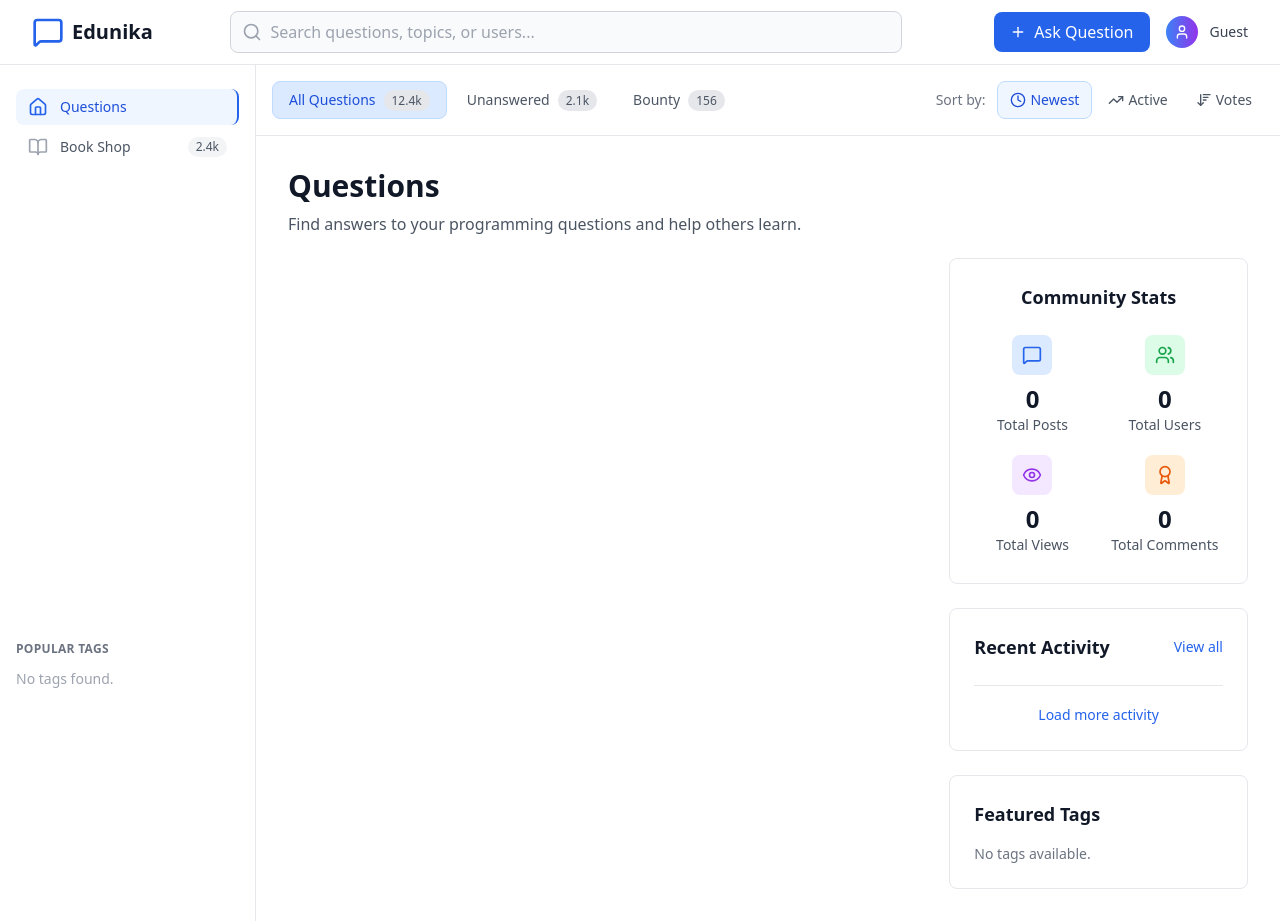
Repository: Ruddro420/forum-front-end
Page: /
An editor plug-in stored every save of this project. The page is shown before and after the next save, followed by the edit.
The browser window is 1280 px wide. The pictures show the whole page.
The page's requests for data from a server got no answer. The project was rebuilt for these pictures with package versions that can differ from the ones it lists, and the page was loaded fresh each time. No one was signed in, and anything a server would have sent is missing. Also part of the build but not shown: vite.config.js, src/Pages/Home.jsx, src/components/Question/QuestionCard.jsx, src/components/Question/AddQuestionSidebar.jsx, src/Pages/AskQuestion.jsx, src/Pages/ShopPage.jsx, src/Pages/QuestionDetail.jsx, src/Pages/ChatInterface.jsx and 6 more.

Above is the page before, as saved 2025-08-07 01:34:59.

### index.html
<!doctype html>
<html lang="en" data-theme="light">
  <head>
    <meta charset="UTF-8" />
    <link rel="icon" type="image/svg+xml" href="/vite.svg" />
    <meta name="viewport" content="width=device-width, initial-scale=1.0" />
    <title>Edunika</title>
  </head>
  <body>
    <div id="root"></div>
    <script type="module" src="/src/main.jsx"></script>
  </body>
</html>

### src/main.jsx
import { StrictMode } from 'react'
import { createRoot } from 'react-dom/client'
import './index.css'
import { createBrowserRouter, RouterProvider } from "react-router";
import MainLayout from './Layouts/MainLayout';
import Home from './Pages/Home';
import ForumPage from './Pages/ForumPage';
import AskQuestion from './Pages/AskQuestion';
import ShopPage from './Pages/ShopPage';
import QuestionDetail from './Pages/QuestionDetail';
import ChatInterface from './Pages/ChatInterface';
import StudentProfile from './Pages/StudentProfile';
import StudentDashboard from './Pages/StudentDashboard';
import Register from './Pages/Register';
import Login from './Pages/Login';
import PrivateRoute from './Auth/PrivateRoute';
import { AuthProvider } from './Auth/context/AuthContext';

const router = createBrowserRouter([
  {
    path: "",
    element: <MainLayout />,
    children: [
      { path: "/", element: <ForumPage /> },
      { path: "/questions", element: <ForumPage /> },
      { path: "/shop", element: <ShopPage /> },
    ]
  },
  {
    path: "",
    element: <PrivateRoute><MainLayout /></PrivateRoute>,
    children: [
      { path: "/ask-question", element: <AskQuestion /> },
      { path: "/question-detail/:id", element: <QuestionDetail /> },
      { path: "/chat/", element: <ChatInterface /> },
      { path: "/profile", element: <StudentProfile /> },
      { path: "/dashboard", element: <StudentDashboard /> },
    ]
  },
  { path: "/register", element: <Register /> },
  { path: "/login", element: <Login /> }
]);

createRoot(document.getElementById('root')).render(
  <StrictMode>
    <AuthProvider>
      <RouterProvider router={router} />
    </AuthProvider>
  </StrictMode>,
)

### src/index.css
@tailwind base;
@tailwind components;
@tailwind utilities;




/* :root {
  font-family: system-ui, Avenir, Helvetica, Arial, sans-serif;
  line-height: 1.5;
  font-weight: 400;

  color-scheme: light dark;
  color: rgba(255, 255, 255, 0.87);
  background-color: #242424;

  font-synthesis: none;
  text-rendering: optimizeLegibility;
  -webkit-font-smoothing: antialiased;
  -moz-osx-font-smoothing: grayscale;
}

@media (prefers-color-scheme: light) {
  :root {
    color: #213547;
    background-color: #ffffff;
  }
  a:hover {
    color: #747bff;
  }
  button {
    background-color: #f9f9f9;
  }
}
 */

### src/Layouts/MainLayout.jsx
import { useState } from "react";
import Header from "./Header";
import { Outlet } from "react-router";
import Sidebar from "./Sidebar";
import { Toaster } from "react-hot-toast";
import ScrollToTop from "../components/ScrollToTop";
import { useAuth } from "../Auth/context/AuthContext";


const MainLayout = () => {
  const [isSidebarOpen, setIsSidebarOpen] = useState(false);
  const { user, logout } = useAuth();

  return (
    <>
      <ScrollToTop />
      {/* {user ? (
        <>
          <span className="text-gray-700">Hi, {user.name}</span>
          <button
            onClick={logout}
            className="bg-red-500 text-white px-3 py-1 rounded hover:bg-red-600"
          >
            Logout
          </button>
        </>
      ) : (
        <a href="/login" className="text-blue-600">Login</a>
      )} */}
      <Header
        onMenuToggle={() => setIsSidebarOpen(!isSidebarOpen)}
        isMenuOpen={isSidebarOpen}
      />
      <div className="flex">
        <Sidebar
          isOpen={isSidebarOpen}
          onClose={() => setIsSidebarOpen(false)}
        />
        <main className="flex-1 lg:ml-0">
          <Outlet />
        </main>
      </div>
      <Toaster position='top-center' />
    </>
  );
};

export default MainLayout;

### src/Pages/ForumPage.jsx
import React, { useState } from "react";
import FilterBar from "../components/FilterBar";
import ActivityFeed from "../components/ActivityFeed";
import StatsWidget from "../components/StatsWidget";
import QuestionList from "../components/Question/QuestionList";
import { useAuth } from "../Auth/context/AuthContext";

const ForumPage = () => {
  const { posts, fetauredTag } = useAuth();
  const [currentPage, setCurrentPage] = useState(1);
  const postsPerPage = 4;

  const totalPages = Math.ceil(posts.length / postsPerPage);
  const paginatedPosts = posts.slice(
    (currentPage - 1) * postsPerPage,
    currentPage * postsPerPage
  );

  const tags = fetauredTag ? Object.keys(fetauredTag).slice(0, 9) : [];

  return (
    <>
      <FilterBar />
      <div className="mx-auto px-4 sm:px-6 lg:px-8 py-8">
        <div className="grid grid-cols-1 lg:grid-cols-3 gap-8">
          {/* Main Content */}
          <div className="lg:col-span-2">
            <div className="mb-6">
              <h1 className="text-3xl font-bold text-gray-900 mb-2">Questions</h1>
              <p className="text-gray-600">
                Find answers to your programming questions and help others learn.
              </p>
            </div>

            <QuestionList posts={paginatedPosts} />

            {/* Pagination */}
            <div className="mt-8 flex items-center justify-center space-x-2">
              {Array.from({ length: totalPages }, (_, i) => i + 1).map((page) => (
                <button
                  key={page}
                  onClick={() => setCurrentPage(page)}
                  className={`px-4 py-2 text-sm font-medium border rounded-lg ${
                    currentPage === page
                      ? "text-white bg-blue-600 border-blue-600"
                      : "text-gray-700 bg-white border-gray-300 hover:bg-gray-50"
                  }`}
                >
                  {page}
                </button>
              ))}

              {currentPage < totalPages && (
                <button
                  onClick={() => setCurrentPage((prev) => prev + 1)}
                  className="px-4 py-2 text-sm font-medium text-gray-700 bg-white border border-gray-300 rounded-lg hover:bg-gray-50"
                >
                  Next
                </button>
              )}
            </div>
          </div>

          {/* Sidebar Content */}
          <div className="space-y-6 mt-[90px]">
            <StatsWidget />
            <ActivityFeed />

            {/* Featured Tags */}
            <div className="bg-white rounded-lg border border-gray-200 p-6">
              <h3 className="text-lg font-semibold text-gray-900  mb-4">
                Featured Tags
              </h3>
              <div className="flex flex-wrap gap-2">
                {tags.length > 0 ? (
                  tags.map((tag) => (
                    <span
                      key={tag}
                      className="px-3 py-1 bg-blue-100 text-blue-800 rounded-lg text-sm font-medium cursor-pointer hover:bg-blue-200 transition-colors"
                    >
                      {tag}
                    </span>
                  ))
                ) : (
                  <span className="text-sm text-gray-500">
                    No tags available.
                  </span>
                )}
              </div>
            </div>
          </div>
        </div>
      </div>
    </>
  );
};

export default ForumPage;

### src/Auth/context/AuthContext.jsx
/* eslint-disable react-refresh/only-export-components */
import { createContext, useContext, useEffect, useState } from "react";
import { useNavigate } from "react-router";

const AuthContext = createContext(null);

export const AuthProvider = ({ children }) => {
    const [user, setUser] = useState(null);
    const [loading, setLoading] = useState(true);


    // Load user from sessionStorage on refresh
    useEffect(() => {
        fetchUser()

    }, []);



    const fetchUser = async () => {
        const userId = sessionStorage.getItem("userId");
        try {
            const res = await fetch(`${import.meta.env.VITE_SERVER_API}/me/${userId}`, {
                credentials: "include", // important if using cookies
            });
            // console.log("respose of me", res);
            if (!res.ok) throw new Error("Failed to fetch user");
            const data = await res.json();
            setUser(data);
        } catch (error) {
            console.error("Fetch user error:", error);
            setUser(null);
        } finally {
            setLoading(false);
        }
    };

    // Login using POST
    const login = async (email, password) => {
        try {
            const res = await fetch(`${import.meta.env.VITE_SERVER_API}/login`, {
                method: "POST",
                headers: {
                    "Content-Type": "application/json",
                },
                body: JSON.stringify({ email, password }),
            });

            const data = await res.json();
            console.log("logindata", data.user);
            // setUser(data.user);

            // If API returns a user id
            if (data?.user?.id) {
                sessionStorage.setItem("userId", data.user.id); // optional
                await fetchUser(); // ✅ no id needed
                return { success: true };
            } else {
                return { success: false, message: data?.message || "Invalid credentials" };
            }
        } catch (error) {
            console.error("Login error:", error);
            return { success: false, message: "Login failed" };
        }
    };

    // const navigate = useNavigate();

    const logout = () => {
        sessionStorage.removeItem("userId");
        setUser(null);
        window.location.reload();
    };

    const [posts, setPosts] = useState([])

    // fetch post data
    const fetchPost = async () => {
        //   const userId = sessionStorage.getItem("userId");
        try {
            const res = await fetch(`${import.meta.env.VITE_SERVER_API}/posts`);
            // console.log("respose of me",res);
            if (!res.ok) throw new Error("Failed to fetch user");
            const data = await res.json();
            setPosts(data.data);
        } catch (error) {
            console.error("Fetch user error:", error);
            // setUser(null);
        } finally {
            setLoading(false);
        }
    };

    // console.log(posts);

    useEffect(() => {
        fetchPost()
    }, [])

    console.log(posts);






    return (
        <AuthContext.Provider value={{ user, loading, login, logout, fetchUser,posts }}>
            {children}
        </AuthContext.Provider>
    );
};

export const useAuth = () => useContext(AuthContext);

### src/components/ScrollToTop.jsx
import { useEffect } from 'react';
import { useLocation } from 'react-router';

const ScrollToTop = () => {
  const { pathname } = useLocation();

  useEffect(() => {
    window.scrollTo({
      top: 0,
      behavior: 'smooth', // or 'auto' if you want instant scroll
    });
  }, [pathname]);

  return null;
};

export default ScrollToTop;

### src/components/FilterBar.jsx
import { Award, Calendar, Clock, Filter, SortDesc, TrendingUp } from "lucide-react";
import { useState } from "react";


const FilterBar = () => {
  const [activeFilter, setActiveFilter] = useState('newest');
  const [activeTab, setActiveTab] = useState('all');

  const filterOptions = [
    { id: 'newest', label: 'Newest', icon: Clock },
    { id: 'active', label: 'Active', icon: TrendingUp },
    { id: 'votes', label: 'Votes', icon: SortDesc },
    // { id: 'bounty', label: 'Bounty', icon: Award },
  ];

  const tabs = [
    { id: 'all', label: 'All Questions', count: '12.4k' },
    { id: 'unanswered', label: 'Unanswered', count: '2.1k' },
    { id: 'bounty', label: 'Bounty', count: '156' },
  ];

  return (
    <div className="bg-white border-b border-gray-200 px-4 py-4">
      <div className="max-w-7xl mx-auto">
        {/* Tabs */}
        <div className="flex flex-wrap items-center justify-between">
          <div className="flex space-x-1">
            {tabs.map((tab) => (
              <button
                key={tab.id}
                onClick={() => setActiveTab(tab.id)}
                className={`px-4 py-2 text-sm font-medium rounded-lg transition-colors ${
                  activeTab === tab.id
                    ? 'bg-blue-100 text-blue-700 border border-blue-200'
                    : 'text-gray-600 hover:text-gray-900 hover:bg-gray-50'
                }`}
              >
                {tab.label}
                <span className="ml-2 text-xs bg-gray-200 text-gray-600 px-2 py-0.5 rounded-full">
                  {tab.count}
                </span>
              </button>
            ))}
          </div>

          <div className="flex items-center space-x-3">
            <span className="text-sm text-gray-500">Sort by:</span>
            <div className="flex space-x-1">
              {filterOptions.map((option) => (
                <button
                  key={option.id}
                  onClick={() => setActiveFilter(option.id)}
                  className={`flex items-center px-3 py-2 text-sm font-medium rounded-lg transition-colors ${
                    activeFilter === option.id
                      ? 'bg-blue-50 text-blue-700 border border-blue-200'
                      : 'text-gray-600 hover:text-gray-900 hover:bg-gray-50'
                  }`}
                >
                  <option.icon className="h-4 w-4 mr-1" />
                  {option.label}
                </button>
              ))}
            </div>
          </div>
        </div>

        {/* Active Filters */}
        {/* <div className="flex items-center justify-between">
          <div className="flex items-center space-x-4">
            <span className="text-sm text-gray-500">
              Showing 12,456 questions
            </span>
            <div className="flex items-center space-x-2">
              <Filter className="h-4 w-4 text-gray-400" />
              <span className="text-sm text-gray-600">
                Filtered by: JavaScript, React
              </span>
              <button className="text-sm text-blue-600 hover:text-blue-700">
                Clear filters
              </button>
            </div>
          </div>

          <button className="text-sm text-gray-600 hover:text-gray-900 flex items-center">
            <Calendar className="h-4 w-4 mr-1" />
            Last 30 days
          </button>
        </div> */}
      </div>
    </div>
  );
};

export default FilterBar;

### src/components/ActivityFeed.jsx
import React from 'react';
import { MessageSquare, Award, TrendingUp, Users, Clock, UserCircle } from 'lucide-react';
import { useAuth } from '../Auth/context/AuthContext';
import { format } from 'timeago.js';
import { NavLink } from 'react-router';

const ActivityFeed = () => {
  const { recentPost } = useAuth()

  return (
    <div className="bg-white rounded-lg border border-gray-200 p-6 ">
      <div className="flex items-center justify-between mb-4">
        <h3 className="text-lg font-semibold text-gray-900 ">
          Recent Activity
        </h3>
        <button className="text-sm text-blue-600 hover:text-blue-700 ">
          View all
        </button>
      </div>

      <div className="space-y-4">
        {recentPost?.map((post) => (
          <div key={post.id} className="flex items-start space-x-3">
            <div className="p-2 rounded-lg bg-blue-100 ">
              <MessageSquare className="h-4 w-4 text-blue-600 " />
            </div>
            <NavLink to={`/question-detail/${post.id}`} className="flex-1 min-w-0 cursor-pointer">
              <p className="text-sm text-gray-900  font-medium">
                {post.title}
              </p>
              <p className="text-xs text-gray-500 ">

                <span className="font-bold text-green-900 mr-2">
                  {post.category?.name || "N/A"}
                </span>
                ||
                <span className="font-bold text-orange-900 ml-2">
                   {post.sub_category?.name || "N/A"}
                </span>
              </p>
              <div className="flex items-center mt-1 text-xs text-gray-500">
                <UserCircle className="h-3 w-3 mr-1" />
                <span>{post.student?.name || "Admin"}</span>
                <span className="mx-1">•</span>
                <Clock className="h-3 w-3 mr-1" />
                {/* <span>{moment(post.created_at).fromNow()}</span> */}
                <span>{format(post.created_at)}</span>
              </div>
            </NavLink>
          </div>
        ))}
      </div>

      <div className="mt-6 pt-4 border-t border-gray-200">
        <button className="w-full text-center text-sm text-blue-600 hover:text-blue-700  font-medium">
          Load more activity
        </button>
      </div>
    </div>
  );
};

export default ActivityFeed;

### src/components/StatsWidget.jsx
import { Award, Eye, MessageSquare, Users } from "lucide-react";
import { useAuth } from "../Auth/context/AuthContext";

const StatsWidget = () => {
  const { stats } = useAuth();

  const statsData = [
    {
      label: "Total Posts",
      value: stats?.total_posts ?? 0,
      change: "+234",
      changeType: "increase",
      icon: MessageSquare,
      color: "text-blue-600",
      bgColor: "bg-blue-100",
    },
    {
      label: "Total Users",
      value: stats?.total_users ?? 0,
      change: "+156",
      changeType: "increase",
      icon: Users,
      color: "text-green-600",
      bgColor: "bg-green-100",
    },
    {
      label: "Total Views",
      value: stats?.total_views ?? 0,
      change: "+12%",
      changeType: "increase",
      icon: Eye,
      color: "text-purple-600",
      bgColor: "bg-purple-100",
    },
    {
      label: "Total Comments",
      value: stats?.total_comments ?? 0,
      change: "+45",
      changeType: "increase",
      icon: Award,
      color: "text-orange-600",
      bgColor: "bg-orange-100",
    },
  ];

  return (
    <div className="bg-white rounded-lg border border-gray-200 p-6 ">
      <h3 className="text-lg font-semibold text-gray-900  mb-6 text-center">
        Community Stats
      </h3>

      <div className="grid grid-cols-2 gap-4">
        {statsData.map((stat, index) => {
          const Icon = stat.icon;
          return (
            <div key={index} className="text-center">
              <div
                className={`inline-flex items-center justify-center w-10 h-10 rounded-lg ${stat.bgColor} mb-2`}
              >
                <Icon className={`h-5 w-5 ${stat.color}`} />
              </div>
              <div className="text-2xl font-bold text-gray-900 ">
                {stat.value}
              </div>
              <div className="text-sm text-gray-600  mb-1">
                {stat.label}
              </div>
              {/* <div className="text-xs text-green-600 font-medium">
                {stat.change} this week
              </div> */}
            </div>
          );
        })}
      </div>
    </div>
  );
};

export default StatsWidget;

### src/components/Question/QuestionList.jsx
// import questions from '../../../public/data/questions.json'
import { useAuth } from '../../Auth/context/AuthContext';
import QuestionCard from './QuestionCard';

const QuestionList = () => {
const {posts} = useAuth();
console.log(posts);


  return (
    <div className="space-y-4">
      {posts?.map((question) => (
        <QuestionCard key={question.id} question = {question} />
      ))}
    </div>
  );
};

export default QuestionList;

Loaded but not shown: tailwind.config.js (common file); src/Layouts/Sidebar.jsx (138 lines, source omitted); src/Layouts/Header.jsx (77 lines, source omitted)

After the next save:
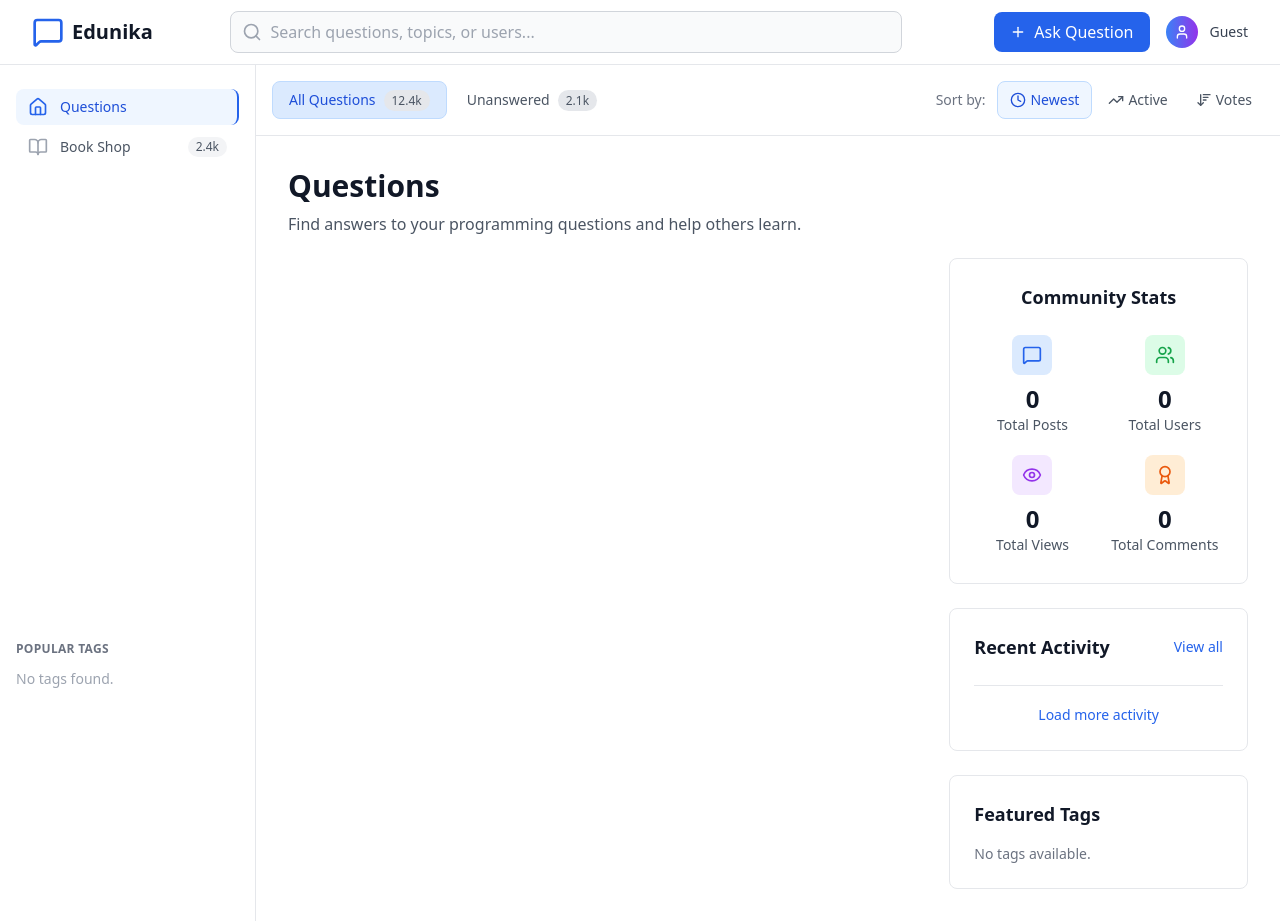
Saved 6 s later.
--- a/src/components/FilterBar.jsx
+++ b/src/components/FilterBar.jsx
@@ -16,7 +16,7 @@ const FilterBar = () => {
   const tabs = [
     { id: 'all', label: 'All Questions', count: '12.4k' },
     { id: 'unanswered', label: 'Unanswered', count: '2.1k' },
-    { id: 'bounty', label: 'Bounty', count: '156' },
+    // { id: 'bounty', label: 'Bounty', count: '156' },
   ];
 
   return (
